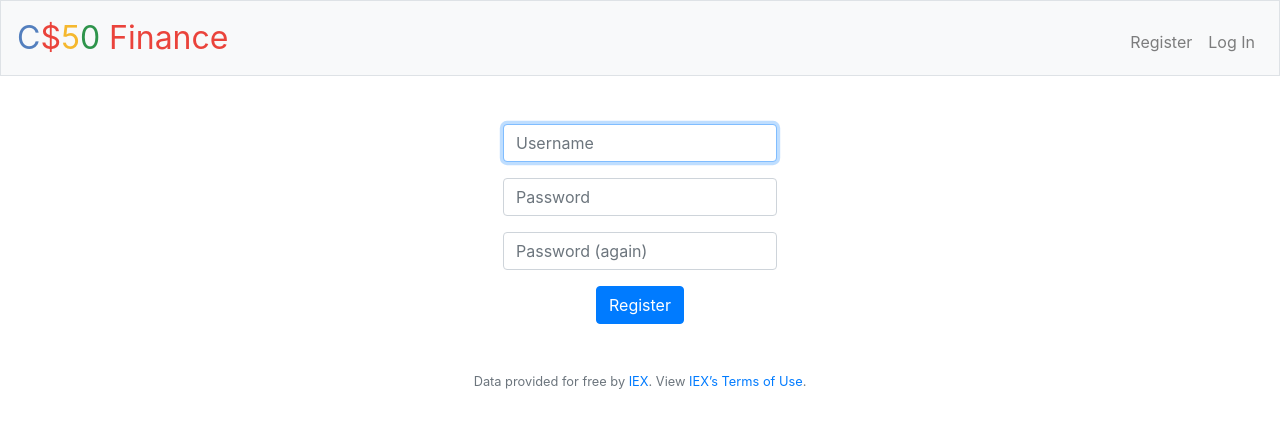
Repository: sanderdebr/cs50
Page: finance/templates/quote.html
The author's editor kept a record of every edit. The page is drawn from the files as they stood at one moment, then again after the next edit.
The browser window is 1280 px wide. The pictures show the whole page.
The template is drawn by Flask 3. The application's start-up code is not run. Other server files are loaded and not shown. The template is opened directly, without the code that normally fills it, so the values that code supplies are empty.

Above is the page before.

### finance/templates/quote.html
{% extends "layout.html" %}

{% block title %}
    Log In
{% endblock %}

{% block main %}
    <form action="/register" method="post">
        <div class="form-group">
            <input autocomplete="off" autofocus class="form-control" name="username" placeholder="Username" type="text">
        </div>
        <div class="form-group">
            <input class="form-control" name="password" placeholder="Password" type="password">
        </div>
        <div class="form-group">
            <input class="form-control" name="password2" placeholder="Password (again)" type="password">
        </div>
        <button class="btn btn-primary" type="submit">Register</button>
    </form>
{% endblock %}

### finance/templates/layout.html
<!DOCTYPE html>

<html lang="en">

    <head>

        <!-- Required meta tags -->
        <meta charset="utf-8">
        <meta name="viewport" content="width=device-width, initial-scale=1, shrink-to-fit=no">

        <!-- documentation at http://getbootstrap.com/docs/4.1/, alternative themes at https://bootswatch.com/ -->
        <link href="https://maxcdn.bootstrapcdn.com/bootstrap/4.1.3/css/bootstrap.min.css" rel="stylesheet">

        <!-- https://favicon.io/emoji-favicons/money-mouth-face/ -->
        <link href="/static/favicon.ico" rel="icon">

        <link href="/static/styles.css" rel="stylesheet">

        <script src="https://code.jquery.com/jquery-3.3.1.min.js"></script>
        <script src="https://cdnjs.cloudflare.com/ajax/libs/popper.js/1.14.3/umd/popper.min.js"></script>
        <script src="https://maxcdn.bootstrapcdn.com/bootstrap/4.1.3/js/bootstrap.min.js"></script>

        <title>C$50 Finance: {% block title %}{% endblock %}</title>

    </head>

    <body>

        <nav class="navbar navbar-expand-md navbar-light bg-light border">
            <a class="navbar-brand" href="/"><span class="blue">C</span><span class="red">$</span><span class="yellow">5</span><span class="green">0</span> <span class="red">Finance</span></a>
            <button aria-controls="navbar" aria-expanded="false" aria-label="Toggle navigation" class="navbar-toggler" data-target="#navbar" data-toggle="collapse" type="button">
                <span class="navbar-toggler-icon"></span>
            </button>
            <div class="collapse navbar-collapse" id="navbar">
                {% if session.user_id %}
                    <ul class="navbar-nav mr-auto mt-2">
                        <li class="nav-item"><a class="nav-link" href="/quote">Quote</a></li>
                        <li class="nav-item"><a class="nav-link" href="/buy">Buy</a></li>
                        <li class="nav-item"><a class="nav-link" href="/sell">Sell</a></li>
                        <li class="nav-item"><a class="nav-link" href="/history">History</a></li>
                    </ul>
                    <ul class="navbar-nav ml-auto mt-2">
                        <li class="nav-item"><a class="nav-link" href="/change-password">Change password</a></li>
                        <li class="nav-item"><a class="nav-link" href="/logout">Log Out</a></li>
                    </ul>
                {% else %}
                    <ul class="navbar-nav ml-auto mt-2">
                        <li class="nav-item"><a class="nav-link" href="/register">Register</a></li>
                        <li class="nav-item"><a class="nav-link" href="/login">Log In</a></li>
                    </ul>
                {% endif %}
            </div>
        </nav>

        {% if get_flashed_messages() %}
            <header>
                <div class="alert alert-primary border text-center" role="alert">
                    {{ get_flashed_messages() | join(" ") }}
                </div>
            </header>
        {% endif %}

        <main class="container p-5">
            {% block main %}{% endblock %}
        </main>

        <footer class="small text-center text-muted">
            Data provided for free by <a href="https://iextrading.com/developer">IEX</a>. View <a href="https://iextrading.com/api-exhibit-a/">IEX’s Terms of Use</a>.
        </footer>

    </body>

</html>

Loaded but not shown: finance/static/styles.css (common file)

After the next edit:
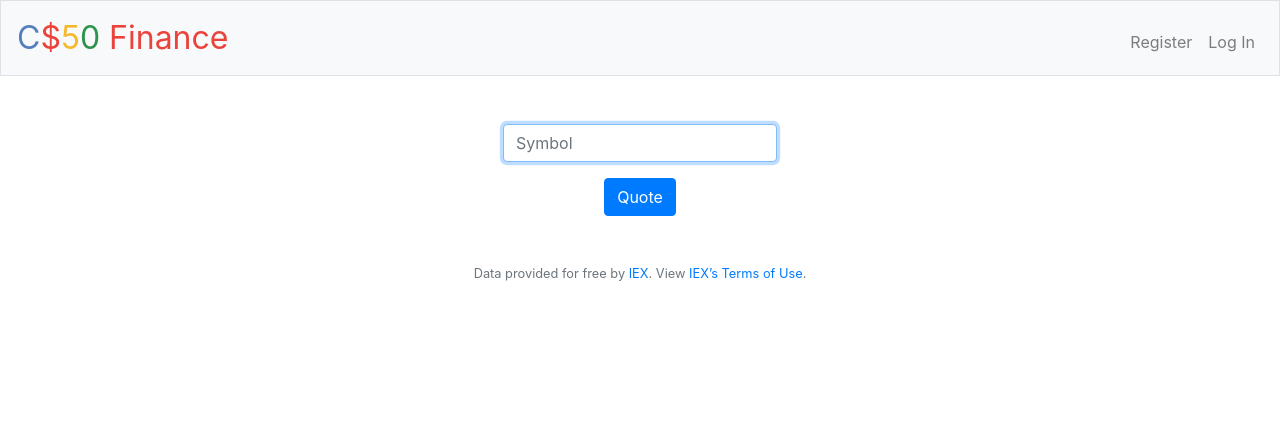
The edit:
--- a/finance/templates/quote.html
+++ b/finance/templates/quote.html
@@ -5,16 +5,10 @@
 {% endblock %}
 
 {% block main %}
-    <form action="/register" method="post">
+    <form action="/quote" method="post">
         <div class="form-group">
-            <input autocomplete="off" autofocus class="form-control" name="username" placeholder="Username" type="text">
+            <input autocomplete="off" autofocus="" class="form-control" name="symbol" placeholder="Symbol" type="text">
         </div>
-        <div class="form-group">
-            <input class="form-control" name="password" placeholder="Password" type="password">
-        </div>
-        <div class="form-group">
-            <input class="form-control" name="password2" placeholder="Password (again)" type="password">
-        </div>
-        <button class="btn btn-primary" type="submit">Register</button>
+        <button class="btn btn-primary" type="submit">Quote</button>
     </form>
 {% endblock %}
